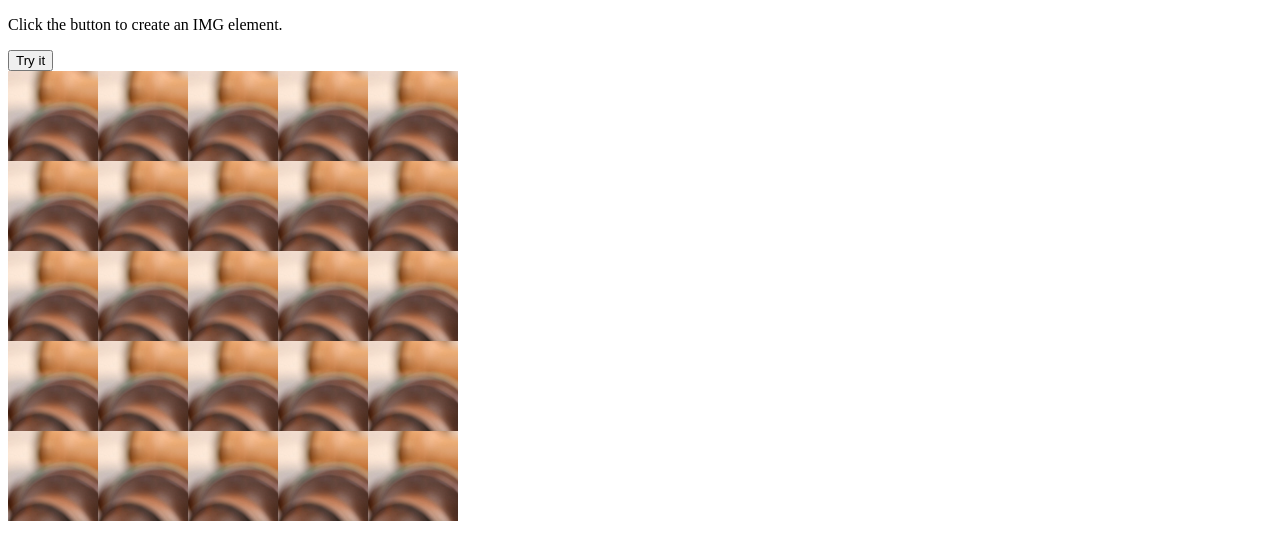
Repository: rashmikagamage/puzzle-vanila-js
Page: index.html
An editor plug-in stored every save of this project. The page is shown before and after the next save, followed by the edit.
The browser window is 1280 px wide. The pictures show the whole page.
After loading, the first visible `button` was clicked once.

Above is the page before, as saved 2020-08-05 21:46:58.

After the next save:
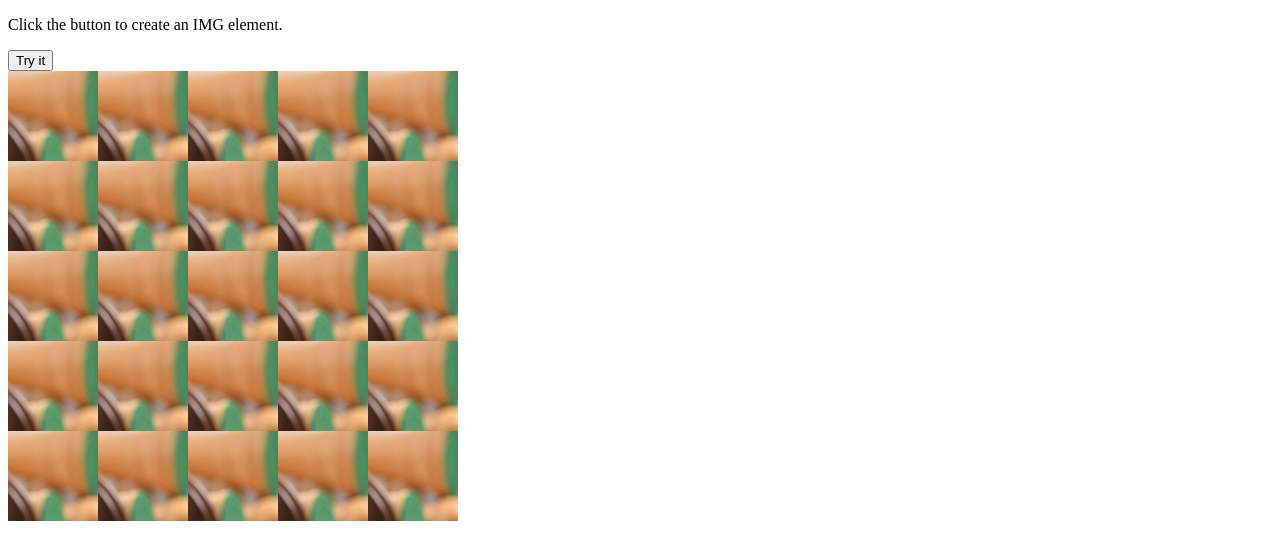
Saved 17 s later.
--- a/function.js
+++ b/function.js
@@ -6,7 +6,7 @@
     let row = num;
     let col = num;
     let idCount = 0
-    let xPosition = 25;
+    let xPosition = 50;
     let yPosition = 00;
     console.log(cellSize)
 
